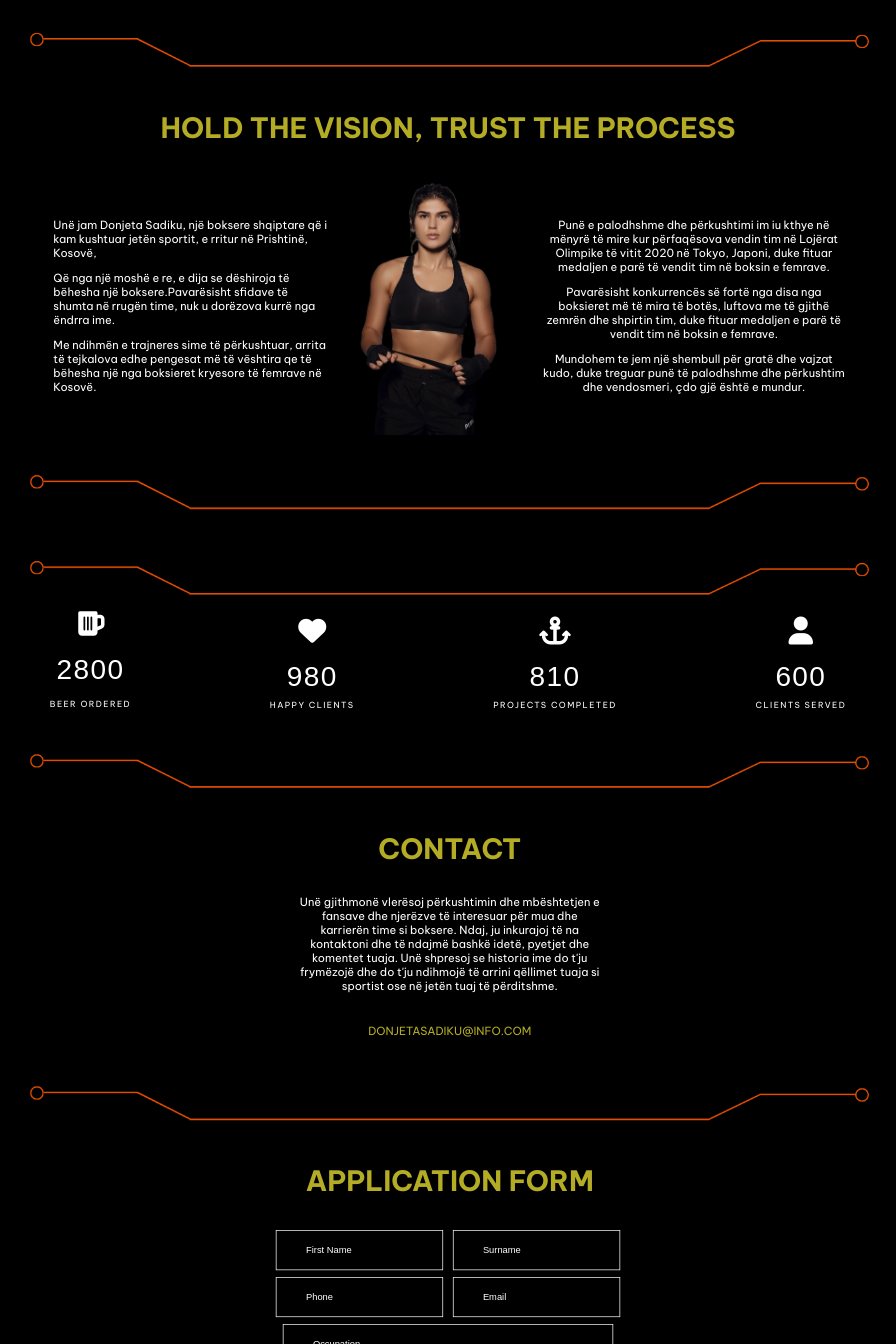
Repository: milot-morina/ds-boxing
Page: DS-Portfolio/index.html
An editor plug-in stored every save of this project. The page is shown before and after the next save, followed by the edit.
The browser window is 1280 px wide. The pictures show the part of the page from y = 1971 to 3891 px (the page is 4370 px tall), at 70% of full size.
A picture or video elsewhere on the page could not be fetched, so the positions and the page height are approximate.

Above is the page before, as saved 2023-03-21 11:47:27.

### DS-Portfolio/index.html
<!DOCTYPE html>
<html lang="en">
<head>
  <meta charset="UTF-8">
  <meta http-equiv="X-UA-Compatible" content="IE=edge">
  <meta name="viewport" content="width=device-width, initial-scale=1.0">
  <title>Donjeta Sadiku</title>
  <link rel="stylesheet" href="style.css">
  <link rel="stylesheet" href="https://cdnjs.cloudflare.com/ajax/libs/font-awesome/6.0.0-beta2/css/all.min.css" integrity="sha512-YWzhKL2whUzgiheMoBFwW8CKV4qpHQAEuvilg9FAn5VJUDwKZZxkJNuGM4XkWuk94WCrrwslk8yWNGmY1EduTA==" crossorigin="anonymous" referrerpolicy="no-referrer" />
  <link rel="icon" href="logofinal.png" type="image/icon type" style="width: 100%;">
  <link href="https://fonts.googleapis.com/css2?family=Be+Vietnam+Pro:wght@400;500;700&display=swap" rel="stylesheet">
</head>
<body>

  <section class="section1" id="home">
    <video muted autoplay loop style="pointer-events: none;">
      <source src="DS-Glitch.mp4" type="video/mp4">
    </video>
    <header class="hidden3">
      <div class="container">
        <nav class="navbar">
          <div class="brand-title">
            <img src="unitetiLogoFinal.png" alt="" width="130px">
          </div>
          <a href="#" class="toggle-button">
            <span class="bar"></span>
            <span class="bar"></span>
            <span class="bar"></span>
          </a>
          <div class="navbar-links">
            <ul>
              <li><a href="#home" class="home-btn">HOME</a></li>
              <li><a href="#club" class="header-club">CLUB</a></li>
              <li><a href="#contact" class="header-link a">CONTACT</a></li>
              <li><a href="#form" class="header-link a">FORM</a></li>
            </ul>
            <div class="socials">
            <i class="fa-brands fa-facebook"><a href="https://www.youtube.com/watch?v=dQw4w9WgXcQ"></a></i>
            <i class="fa-brands fa-instagram"></i>
            <i class="fa-brands fa-youtube"></i>
            <i class="fa-brands fa-app-store-ios"></i>
          </div>
          </div>

        </nav>
      </div>
    </header>
  </section>


  <img src="separator2.png" alt="" width="100%" style="margin-top: 40px;" class="first-seperator">


  <section class="section2 container row" id="club">

    <div class="images hidden2">
      <img src="handsUp.jpg" alt="">
    </div>
    <div class="text hidden">
      <p class="section-h hidden3">HISTORIA SHKRUHET!</p>
      <p class="section2-p hidden3">Nuk ka fjalë për t'u shprehur se sa krenare isha për të përfaqësuar vendin tim në skenën dhe për të marrë medalje ne kete nivel. Ishte një ndjenjë e mrekullueshme të përfaqësosh vendin tënd dhe të ndjehesh si një ambasador i saj në arenën nderkombetare.</p>
      <p class="section2-p hidden3">Në çdo moment të kësaj përvojeje, isha e mbuluar nga emocionet për rëndësinë që kjo ngjarje kishte për popullin tim dhe për boksierët shqiptarë. Nuk ishte thjesht një fitore personale, por ishte një fitore që përfaqësoi përparimin e boksi shqiptar dhe mundësinë e një të ardhme të ndritshme për sportin në vendin tonë.</p>
      <p class="section2-p hidden3">Kur mora medaljen olimpike, ndjeva një ndjenjë të thellë krenarie dhe një ndjesi të vërtetë prej triumfi. Ishte si të isha i gjithë vendlindja ime, duke festuar këtë arritje të madhe me mua. Nuk mund të mendoja për ndonjë gjë më të rëndësishme në atë moment, dhe do të mbaj gjithmonë këtë kujtim në zemrën time.</p>

    </div>

  </section>

  <img src="separator2.png" alt="" width="100%" style="margin-top: 30px;">


  <section class="section3 container">
    <p class="section-h">MEDALJET FLASIN VET!</p>
   <div class="row">
    <div class="text hidden2">
      <p>Viti me i suksesshem ne karrieren time . Solla dy medalje nje evropiane e një botërore. Dëshmova që une Donjeta Sadiku nuk dorërzohem asnjëher përkundrazi nuk kam dyshuar asnjëherë në veten time, mirpo tani po ndihem e kompletuar nën udhëheqjen e trajneres time Marjola Sallauka .</p>
      <p>Tash e tutje luftoj vetëm për medalje Olimpike. Unë besoj në vetën time dhe ju premtoj që me përkrahjen tuaj unë do ti realizoj këto synime . Faleminderit për përkrahje familjes time, Federatës së Boksit. Faleminderit trajnerës Marjola Sallauka për mjeshtërinë që tregon me punën e saj.</p>
    </div>
    <div class="images hidden">
      <img src="DplusMar.jpg" alt="" style="max-width: 640px;">
    </div>
   </div>

  </section>








  <img src="separator2.png" alt="" width="100%" style="margin-top: 30px;">




  <section class="section4 container" id="nft">
    <p class="section-h hidden3">HOLD THE VISION, TRUST THE PROCESS</p>
    <div class="row">
      <div class="text hidden2" style="text-align: left">
        <p>Unë jam Donjeta Sadiku, një boksere shqiptare që i kam kushtuar jetën sportit, e rritur në Prishtinë, Kosovë,
        </p>
        <p>Që nga një moshë e re, e dija se dëshiroja të bëhesha një boksere.Pavarësisht sfidave të shumta në rrugën time, nuk u dorëzova kurrë nga ëndrra ime.
        </p>
        <p>Me ndihmën e trajneres sime të përkushtuar, arrita të tejkalova edhe pengesat më të vështira qe të bëhesha një nga boksieret kryesore të femrave në Kosovë.</p>
      </div>
      <div class="hidden3">
        <div class="column">
          <img src="profilePic.png" alt="" style="width: 300px;">
          <!-- <img src="shadow.png" alt="" style="width: 300px;"> -->
        </div>
      </div>
      <div class="text hidden">
        <p>Punë e palodhshme dhe përkushtimi im iu kthye në mënyrë të mire kur përfaqësova vendin tim në Lojërat Olimpike të vitit 2020 në Tokyo, Japoni, duke fituar medaljen e parë të vendit tim në boksin e femrave.</p>
        <p>Pavarësisht konkurrencës së fortë nga disa nga boksieret më të mira të botës, luftova me të gjithë zemrën dhe shpirtin tim, duke fituar medaljen e parë të vendit tim në boksin e femrave.
        </p>
        <p>
          Mundohem te jem një shembull për gratë dhe vajzat kudo, duke treguar punë të palodhshme dhe përkushtim dhe vendosmeri, çdo gjë është e mundur.
        </p>
      </div>
    </div>

  </section>

  <img src="separator2.png" alt="" width="100%" style="margin-top: 30px;">
  <img src="separator2.png" alt="" width="100%" style="margin-top: 30px;">
  <!-- ktu section i ri -->
  <section class="wow fadeIn animated" style="visibility: visible; animation-name: fadeIn;">
    <div class="container">
        <div class="row">
            <!-- counter -->
            <div class="col-md-3 col-sm-6 bottom-margin text-center counter-section wow fadeInUp sm-margin-bottom-ten animated" data-wow-duration="300ms" style="visibility: visible; animation-duration: 300ms; animation-name: fadeInUp;">
                <i class="fa fa-beer medium-icon"></i>
                <span id="anim-number-pizza" class="counter-number"></span>
                <span class="timer counter alt-font appear" data-to="980" data-speed="7000">2800</span>
                <p class="counter-title">Beer Ordered</p>
            </div>
            <!-- end counter -->
            <!-- counter -->
            <div class="col-md-3 col-sm-6 bottom-margin text-center counter-section wow fadeInUp sm-margin-bottom-ten animated" data-wow-duration="600ms" style="visibility: visible; animation-duration: 600ms; animation-name: fadeInUp;">
                <i class="fa fa-heart medium-icon"></i>
                 <span class="timer counter alt-font appear" data-to="980" data-speed="7000">980</span>
                <span class="counter-title">Happy Clients</span>
            </div>
            <!-- end counter -->
            <!-- counter -->
            <div class="col-md-3 col-sm-6 bottom-margin-small text-center counter-section wow fadeInUp xs-margin-bottom-ten animated" data-wow-duration="900ms" style="visibility: visible; animation-duration: 900ms; animation-name: fadeInUp;">
                <i class="fa fa-anchor medium-icon"></i>
                 <span class="timer counter alt-font appear" data-to="810" data-speed="7000">810</span>
                <span class="counter-title">Projects Completed</span>
            </div>
            <!-- end counter -->
            <!-- counter -->
            <div class="col-md-3 col-sm-6 text-center counter-section wow fadeInUp animated" data-wow-duration="1200ms" style="visibility: visible; animation-duration: 1200ms; animation-name: fadeInUp;">
                <i class="fa fa-user medium-icon"></i>
                 <span class="timer counter alt-font appear" data-to="600" data-speed="7000">600</span>
                <span class="counter-title">Clients Served</span>
            </div>
            <!-- end counter -->
        </div>
    </div>
</section>


  <!-- perfunduon -->
  <img src="separator2.png" alt="" width="100%" style="margin-top: 30px;">

  <section class="section5 container" id="contact">
    <div class="text">
      <p class="section-h">CONTACT</p>
      <p>Unë gjithmonë vlerësoj përkushtimin dhe mbështetjen e fansave dhe njerëzve të interesuar për mua dhe karrierën time si boksere. Ndaj, ju inkurajoj të na kontaktoni dhe të ndajmë bashkë idetë, pyetjet dhe komentet tuaja. Unë shpresoj se historia ime do t'ju frymëzojë dhe do t'ju ndihmojë të arrini qëllimet tuaja si sportist ose në jetën tuaj të përditshme.</p>
      <p style="color: #B4AC25; margin-top: 45px;">DONJETASADIKU@INFO.COM</p>
    </div>
  </section>






 <img src="separator2.png" alt="" width="100%" style="margin-top: 30px;">

  <section class="section6 container" id="form">
    <div class="text">
      <p class="section-h">APPLICATION FORM</p>
    </div>
    <form action="#">
      <div class="form-row">
        <input type="text" placeholder="First Name">
        <input type="text"placeholder="Surname">
      </div>
      <div class="form-row">
        <input type="text" placeholder="Phone">
        <input type="email" placeholder="Email">
      </div>
      <div class="long-inputs-form">
        <input type="text" placeholder="Occupation"><br>
        <input type="text" placeholder="Message" style="padding-block: 40px;">
      </div>
    </form>
    <button class="home-btn">Apply</button>
    <div class="socials" style="margin-block: 40px;">
      <a href="https://www.facebook.com/your-page"><i class="fa-brands fa-facebook"></i></a>
      <a href="https://www.instagram.com/donjetasadikuofficial/"><i class="fa-brands fa-instagram"></i></a>
      <a href="https://www.youtube.com/channel/your-channel"><i class="fa-brands fa-youtube"></i></a>
      <!-- <a href="https://apps.apple.com/your-app"><i class="fa-brands fa-app-store-ios"></i></a> -->
    </div>


    <div class="text" style="margin-bottom: 40px;">
      <p>Copyright © - 2023 - Donjeta Sadiku </p>
    </div>


    <div style="background-color: rgba(0, 0, 0, 0.2); display: flex; justify-content: center; align-items: center;">
      <a class="navbar-brand" href="https://www.reetech.ch/">
        <img src="reetech.png" width="185" height="105" class="d-inline-block align-top" alt="">
      </a>
    </div>

  </section>




  <script src="script.js"></script>
</body>
</html>

### DS-Portfolio/style.css
html {
  scroll-behavior: smooth;
  transition: 2s;
  overflow-x: hidden;
}

body {
  text-align: center;
  overflow-x: hidden;
  font-family: 'Be Vietnam Pro', sans-serif;
  background-color: black !important;
}

/* header----*/


/*  */



/* #Fun Facts
================================================================================= */


.counter-section i { display:block; margin:0 0 10px}
.counter-section span.counter { font-size:40px; color: #fff; line-height:60px; display:block; font-family: "Oswald",sans-serif; letter-spacing: 2px}
.counter-title{ font-size:12px; letter-spacing:2px; text-transform: uppercase ;color: #fff;}
.counter-icon {top:25px; position:relative}
.counter-style2 .counter-title {letter-spacing: 0.55px; float: left;}
.counter-style2 span.counter {letter-spacing: 0.55px; float: left; margin-right: 10px;}
.counter-style2 i {float: right; line-height: 26px; margin: 0 10px 0 0}
.counter-subheadline span {float: right;}

.medium-icon {
    font-size: 40px !important;
    margin-bottom: 15px !important;
}

.container{
    margin-top:200px;
}



/*  */


header {
  background-color: transparent;
  width: 100%;
  position: absolute;
  top: 0;
  left: 0;

  z-index: 100;
}


.navbar {
  display: flex;
  flex-direction: column;
  justify-content: space-between;
  align-items: flex-start;
  color: black;
}



.navbar-links {
  width: 100%;
  display: none;
}

.navbar-links ul {
  margin: 0;
  padding: 0;
  display: flex;
  flex-direction: column;
  width: 100%;
  text-align: center;
}

.navbar-links li {
  list-style: none;
  font-size: 15px;

}

.navbar-links li a {
  text-decoration: none;
  color: white;

  display: block;
}


.toggle-button {
  position: absolute;
  top: .75rem;
  right: 1rem;
  display: flex;
  flex-direction: column;
  justify-content: space-between;
  width: 31px;
  height: 21px;
}

.bar {
  width: 100%;
  height: 3px;
  background-color: white;
  border-radius: 10px;
}

.navbar-links.active {
  display: flex;
  flex-direction: column;
  background-color: transparent;
}

i {
  color: white;
}

i:hover {
  color: #B4AC25;
  cursor: pointer;
}



video {
  width: 100%;
  position: relative;
  height: auto;
  pointer-events: none;
  display: none;
}



.socials {
  width: 47%;
  display: block;
  margin: 5px auto;
  text-align: center;
}

i {
  margin-left: 12px;
  font-size: 24px;
}


.header-club {
  color: white;
  padding-inline: 10px;
  margin-top: 5px;
  max-width: 80px;
  display: block;
  margin-inline: auto;
  font-weight: 700;
}


.header-club:hover {
  color: white;
  border-color: #B4AC25;

}

.home-btn {
  color: white;
  padding-inline: 10px;
  margin-top: 5px;
  max-width: 80px;
  display: block;
  margin-inline: auto;
  font-weight: 700;
}

.home-btn:hover {
  color: white;
  border-color: white;
  background-color: transparent;
  cursor: pointer;
}


.header-link {
  color: white;
  padding-inline: 10px;
  margin-top: 5px;
  max-width: 80px;
  display: block;
  margin-inline: auto;
  font-weight: 700;
}

.header-link:hover {
  color: #B4AC25;
}

a {
  position: relative;
}

a::after {
  content: " ";
  position: absolute;
  background-color: #B4AC25;
  height: 3px;
  width: 0;
  left: 0;
  bottom: -10px;
  transition: 0.3s;
}

a:hover::after {
  width: 100%;
}





/*---------------header-----------*/




/*---------------------- collapsible table ------------------------*/

.main-collapsible {
  background-color: transparent;
  color: black;
  width: 100%;
  margin-inline: auto;
  margin-block: 120px 40px;
}



.container-collapsible {
  width: 100%;
  margin: 0 auto;
  display: flex;
  flex-direction: column;
  align-items: center;
}


hr {
  background-color: white;
  width: 90%;
  display: block;
  margin-inline: auto;
}



.collapsible-button {
  background-color: rgb(24, 24, 24);
  color: gray;
  cursor: pointer;
  padding: 5px;
  width: 93%;
  border-bottom: 1px solid white;
  display: flex;
  align-items: center;
  justify-content: space-between;
  text-align: left;
  outline: none;
  font-size: 15px;
  border: none;
}





.button-name-collapsible {
  color: white;
  text-align: left;
  outline: none;
  font-size: 16px;

}


.button-name-collapsible:hover {
  color: #B4AC25;
}



.collapsible-button:after {
  content: '\002B';
  color: white;
  font-weight: bold;
  float: right;
  margin-left: 5px;
  font-size: 24px;
}

.collapsible-button:hover::after{
  color: #B4AC25;
}

.active:after {
  content: "\2212";
}

.content {
  width: 93%;
  max-height: 0;
  overflow: hidden;
  transition: max-height 0.2s ease-out;
  background-color:  rgb(24, 24, 24);
  color: white;
  margin-bottom: 10px;
}

/*---------------------- collapsible table ------------------------*/



/*----------animations------------*/

.hidden {
  opacity: 0;
  filter: blur(2px);
  transform: translateX(60%);
  transition: all 700ms;
}


.hidden2 {
  opacity: 0;
  filter: blur(2px);
  transform: translateX(-60%);
  transition: all 700ms;
}

.hidden3 {
  opacity: 0;
  filter: blur(2px);
  transform: translateY(-5%);
  transition: all .7s;
}



.show {
  opacity: 1;
  filter: blur(0);
  transform: translateX(0);
}


@media(prefers-reduced-motion) {
  .hidden {
    transition: none;
  }
}

/*--------------animations------------------*/


/*---------main---------------*/

body {
  background-color: black;

}


.container {
  width: 90%;
  margin: 0 auto;
}



.first-seperator {
  display: none;
}

@media(min-width: 687px) and (max-width: 900px) {
  .column {
    display: flex;
    flex-direction: column;
    width: 100%;
    margin-left: 28%;
  }
}


.row2 {
  display: flex;
  align-items: center;
  justify-content: space-between;
}

.section2 {
  margin-top: 70px;
}

.section2 img {
  width: 80%;
  max-width: 500px;
  display: block;
  margin-inline: auto;
}

.text {
  color: white;
  max-width: 440px;
  display: block;
  margin-inline: auto;
}

.text p {
  font-weight: 400;
  margin-left: 5px;
}

.text .section-h,
.section-h {
  font-size: clamp(2.15rem, 2.5rem, 3.2rem);
  color: #B4AC25;
  font-weight: 700;
}

.images img {
  max-width: 550px;
  width: 100%;
}

.section3 .images img {
  width: 100%;
}


input {
  background-color: transparent;
  color: white;
  border: 1px solid white;
  padding: 20px 30px;
  margin: 5px;
  max-width: 410px;
}

input::placeholder {
  color: white;
  padding: 12px;
}

.long-inputs-form > input{
  width: 170px;
}

.section6 button{
  margin-top: 17px;
  padding: 10px 20px;
}

.section6 .socials{
  justify-content: center;
}



@media (min-width: 555px) {
  video {
    display: block;
  }

  .long-inputs-form > input{
    width: 470px;
  }

}


@media(min-width: 865px) {


  .toggle-button {
    display: none;
  }

  .navbar {
    flex-direction: row;
    align-items: center;
    justify-content: space-between;
  }

  .navbar-links  {
    display: flex;
    width: 100%;
    align-items: center;
  }

  .navbar-links ul {
    flex-direction: row;
    justify-content: center;
  }

  .navbar-links.active {
    flex-direction: row;
  }

  .socials {
    width: 6%;
    display: flex;
    justify-content: right;
  }

  .header-club {
    margin-left: 14px;
  }

}





@media (min-width: 900px) {
  .row {
    display: flex;
    justify-content: space-between;
    align-items: center;
  }

  .div {
    display: flex;
    justify-content: space-between;
    align-items: center;
    width: 100%;
    margin: 0 auto;
  }


  .long-inputs-form > input{
    width: 470px;
  }

}







/*---------------main-------------*/

### DS-Portfolio/script.js
const toggleButton = document.getElementsByClassName('toggle-button')[0]
const navbarLinks = document.getElementsByClassName('navbar-links')[0]

toggleButton.addEventListener('click', () => {
  navbarLinks.classList.toggle('active')
})

//


//




const observer = new IntersectionObserver((entries) => {
  entries.forEach((entry) => {
    console.log(entry)
    if (entry.isIntersecting) {
      entry.target.classList.add('show')
    } else {
      entry.target.classList.remove('show')
    }
  })
})

const hiddenElements = document.querySelectorAll('.hidden')
const hiddenElements2 = document.querySelectorAll('.hidden2')
const hiddenElements3 = document.querySelectorAll('.hidden3')
hiddenElements.forEach((el) => observer.observe(el))
hiddenElements2.forEach((el) => observer.observe(el))
hiddenElements3.forEach((el) => observer.observe(el))






//collapbsibleTable
let coll = document.getElementsByClassName("collapsible-button");
let i;

for (i = 0; i < coll.length; i++) {
  coll[i].addEventListener("click", function() {
    this.classList.toggle("active");
    let content = this.nextElementSibling;
    if (content.style.maxHeight){
      content.style.maxHeight = null;
    } else {
      content.style.maxHeight = content.scrollHeight + "px";
    }
  });
}

After the next save:
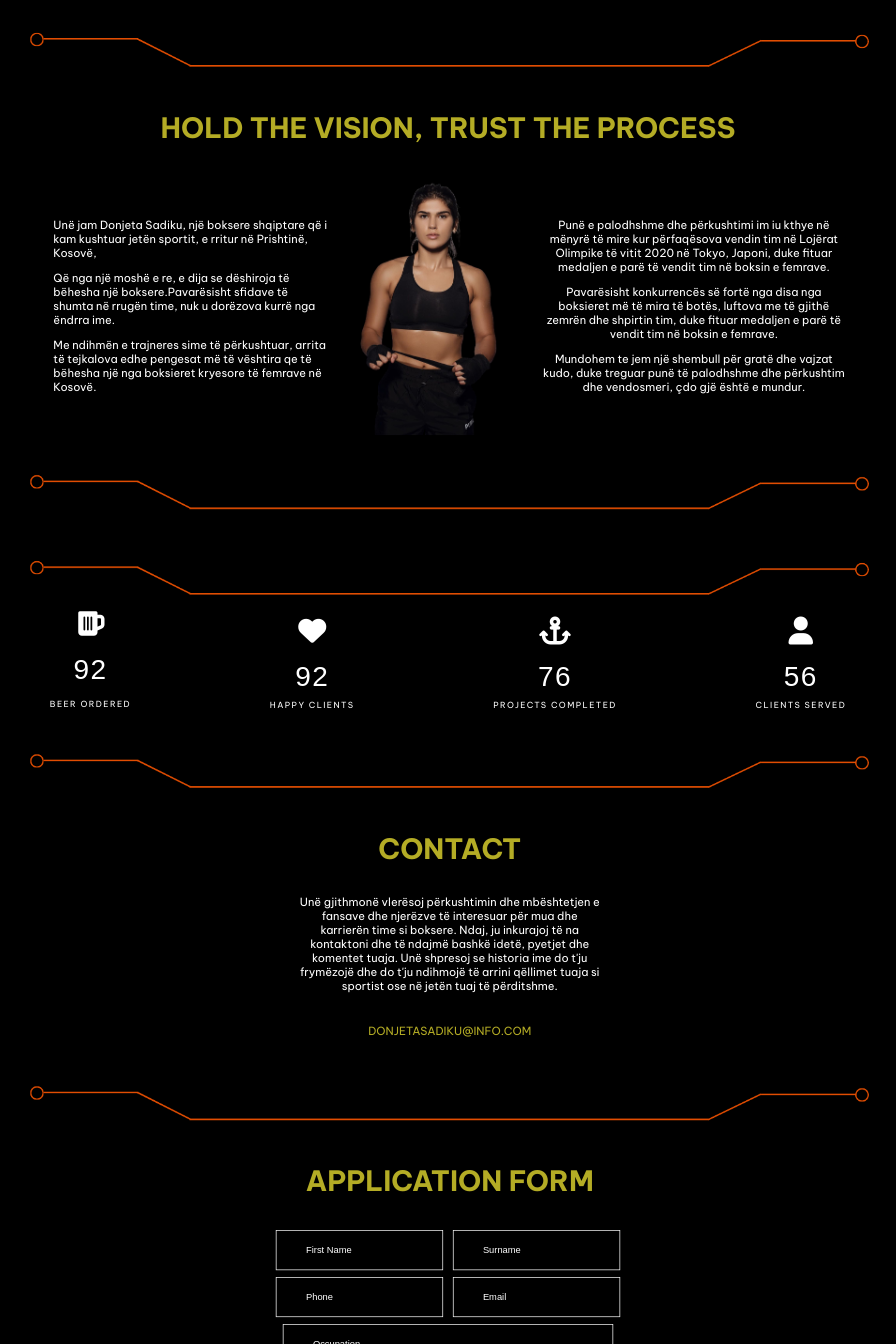
Saved 11 min 19 s later.
--- a/DS-Portfolio/script.js
+++ b/DS-Portfolio/script.js
@@ -6,6 +6,64 @@
 })
 
 //
+  // Get all the elements with the 'timer' class
+var timers = document.getElementsByClassName('timer');
+
+// Function to animate the numbers
+function animateNumbers(timer) {
+  // Get the final value to count to
+  var finalValue = parseInt(timer.getAttribute('data-to'));
+
+  // Get the speed of the animation in milliseconds
+  var speed = parseInt(timer.getAttribute('data-speed'));
+
+  // Set the initial value to 0
+  var currentValue = 0;
+
+  // Calculate the increment value based on the final value and the speed
+  var increment = finalValue / speed;
+
+  // Set an interval to increment the value every 1 millisecond
+  var interval = setInterval(function() {
+    currentValue += increment;
+
+    // Round the current value to the nearest integer
+    var roundedValue = Math.round(currentValue);
+
+    // If the rounded value is greater than or equal to the final value,
+    // set the value to the final value and clear the interval
+    if (roundedValue >= finalValue) {
+      timer.innerHTML = finalValue;
+      clearInterval(interval);
+    } else {
+      timer.innerHTML = roundedValue;
+    }
+  }, 1);
+}
+
+// Function to check if an element is visible in the viewport
+function isElementInViewport(element) {
+  var rect = element.getBoundingClientRect();
+  return (
+    rect.top >= 0 &&
+    rect.left >= 0 &&
+    rect.bottom <= (window.innerHeight || document.documentElement.clientHeight) &&
+    rect.right <= (window.innerWidth || document.documentElement.clientWidth)
+  );
+}
+
+// Function to animate the numbers when the section becomes visible
+function handleScroll() {
+  for (var i = 0; i < timers.length; i++) {
+    if (isElementInViewport(timers[i])) {
+      animateNumbers(timers[i]);
+    }
+  }
+}
+
+// Call the handleScroll function when the page is loaded or scrolled
+window.addEventListener('load', handleScroll);
+window.addEventListener('scroll', handleScroll);
 
 
 //
